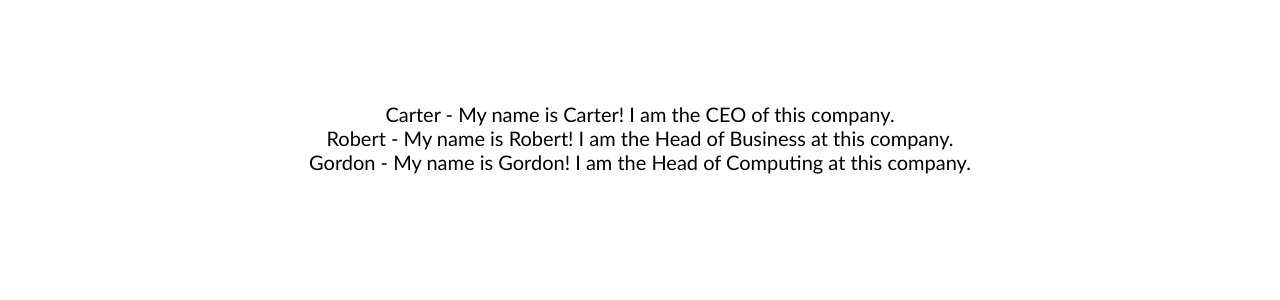
Repository: cartervandekamp/class03-styled-2109
Page: /about
An editor plug-in stored every save of this project. The page is shown before and after the next save, followed by the edit.
The browser window is 1280 px wide. The pictures show the whole page.
The project was rebuilt for these pictures with package versions that can differ from the ones it lists, and the page was loaded fresh each time. The framework's server and built-in components were replaced by stand-ins that run in the browser. Also part of the build but not shown: next.config.js.

Above is the page before, as saved 2023-01-24 17:13:14.

### pages/about.js

import styles from "../styles/About.module.css";
import { useState } from "react";
import data from "../data/ourTeam.json";
import Text from "../components/Text/index";
import Link from "next/link";


export default function About() {
    const [information, setInformation] = useState([...data]);


        return (

    <div className={styles.main}>
            <div className={styles.title}>
        <>About Our Team</>
        </div>

        <div className={styles.names}>
        {information &&
          information.map((info, index) => {
            if (info.role.toLowerCase() === "team member") {
              return <Text key={index} name={info.name} />;
            }
          })}
        </div>
    </div>
    )
}

### styles/globals.css
html,
body {
  padding: 0;
  margin: 0;
  font-family: 'Gill Sans', 'Gill Sans MT', Calibri, 'Trebuchet MS', sans-serif;
}

a {
  color: inherit;
  text-decoration: none;
}

* {
  box-sizing: border-box;
}

@media (prefers-color-scheme: dark) {
  html {
    color-scheme: dark;
  }
  body {
    color: white;
    background: rgb(246, 141, 141);
  }
}

### styles/About.module.css
.title {
    color: #ffffff;
    text-align: center;
    font-style: oblique;
    font-weight: bolder;
    font-size: 60px;
    margin-top: 20px;
}

.names {
    text-align: center;
    font-size: 20px;
    padding: 10px;

}

### data/ourTeam.json
[
    {
        "name": "Carter - My name is Carter! I am the CEO of this company.",
        "role": "Team Member"
    },

    {
        "name": "Robert - My name is Robert! I am the Head of Business at this company.",
        "role": "Team Member"
    },

    {
        "name": "Gordon - My name is Gordon! I am the Head of Computing at this company.",
        "role": "Team Member"
    }
]

### components/Text/index.js
import styles from "./Text.module.css";

export default function Text ({ name = "none" }) {
    return (
        <div className={styles.main}>
          <div className={styles.data}>{name}</div>
        </div>
      );
    }

Loaded but not shown: pages/_app.js (common file); components/Text/Text.module.css (no stored copy; drawn as an empty file)

After the next save:
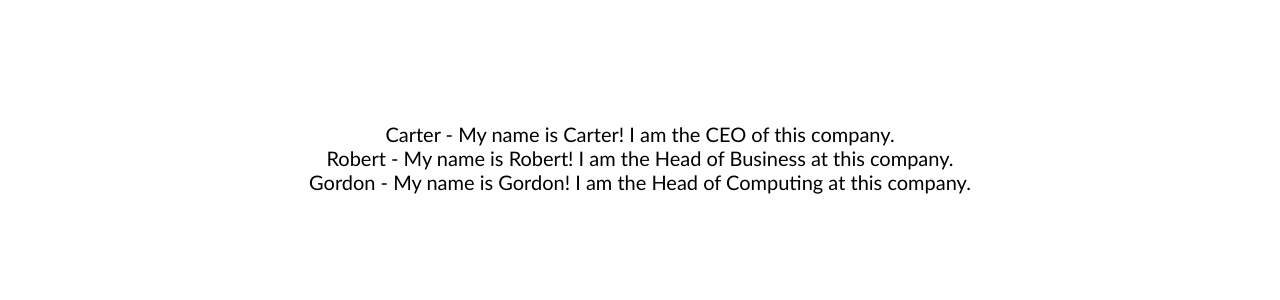
Saved 4 s later.
--- a/styles/About.module.css
+++ b/styles/About.module.css
@@ -10,6 +10,6 @@
 .names {
     text-align: center;
     font-size: 20px;
-    padding: 10px;
+    padding: 30px;
 
 }
